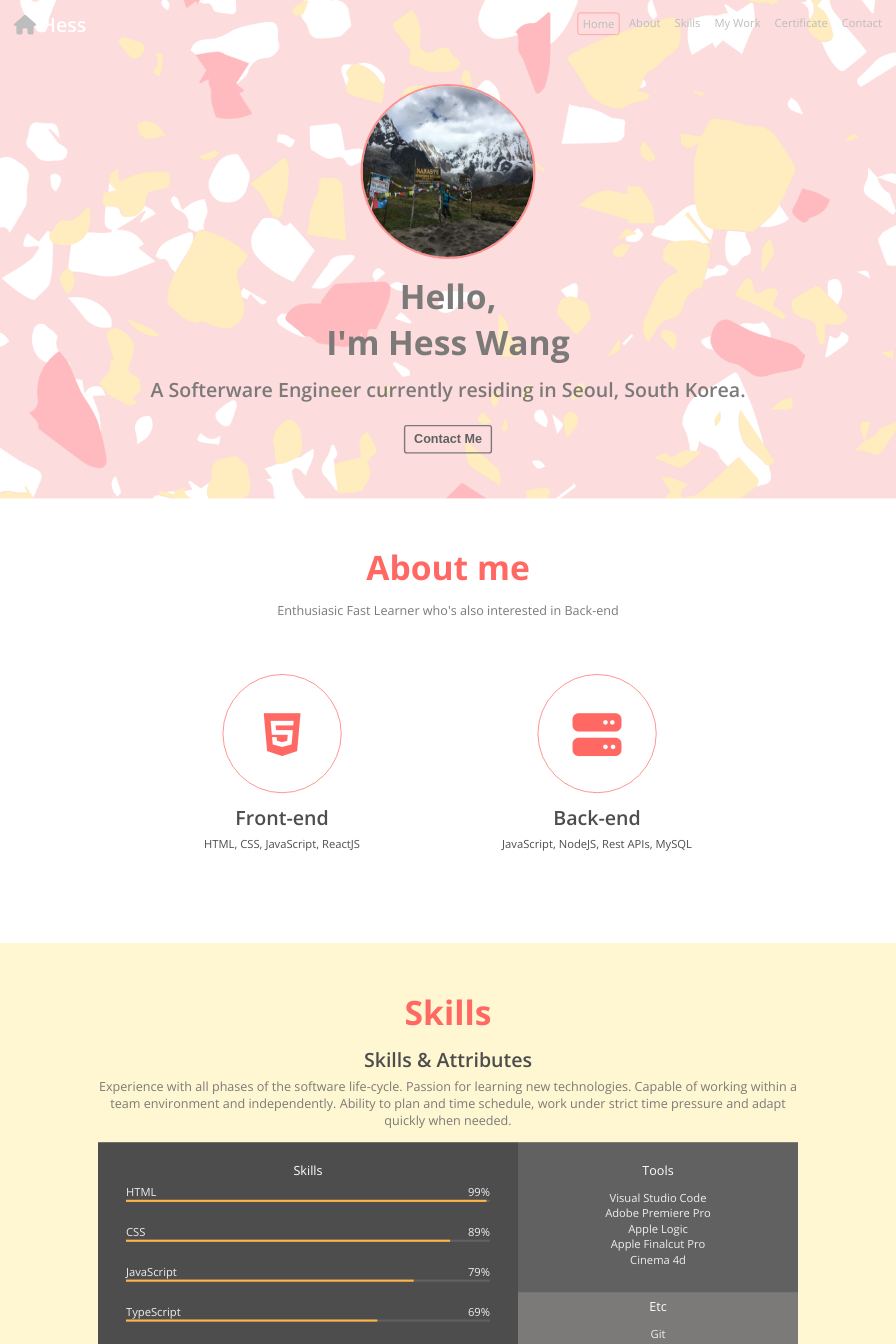
Repository: hesshess/Portfolio
Page: index.html
The author's editor kept a copy of each file at every save. The page is drawn from the files as they stood at one save, then again after the next save.
The browser window is 1280 px wide. The pictures show the part of the page from y = 0 to 1920 px (the page is 4152 px tall), at 70% of full size.
Some web libraries are served in a nearby version.

Above is the page before, as saved 2022-10-18 15:12:35.

### index.html
<!DOCTYPE html>
<html lang="en">
  <head>
    <meta charset="UTF-8" />
    <meta name="viewport" content="width=device-width, initial-scale=1.0" />
    <title>Hess's Portfolio</title>
    <meta
      name="description"
      content="Portfolio for world-renowed software engineer Hess"
    />
    <meta name="author" content="Hess" />
    <link rel="icon" type="image/png" href="imgs/favicon.png" />
    <script
      src="https://kit.fontawesome.com/1af2041847.js"
      crossorigin="anonymous"
    ></script>
    <link
      href="https://fonts.googleapis.com/css2?family=Amatic+SC:wght@400;700&family=Open+Sans:wght@400;600;700&display=swap"
      rel="stylesheet"
    />
    <link rel="stylesheet" href="style.css" />
    <script src="main.js" defer></script>
  </head>
  <body>
    <!-- Navbar -->
    <nav id="navbar">
      <div class="navbar__logo">
        <i class="fas fa-home"></i>
        <a href="#">Hess</a>
      </div>
      <div class="navbar__menu">
        <ul class="navbar__menu">
          <li class="navbar__menu__item active" data-link="#home">Home</li>
          <li class="navbar__menu__item" data-link="#about">About</li>
          <li class="navbar__menu__item" data-link="#skills">Skills</li>
          <li class="navbar__menu__item" data-link="#work">My Work</li>
          <li class="navbar__menu__item" data-link="#testimonials">
            Certificate
          </li>
          <li class="navbar__menu__item" data-link="#contact">Contact</li>
        </ul>
      </div>
      <!-- Toggle button -->
      <button class="navbar__toggle-btn">
        <i class="fas fa-bars"></i>
      </button>
    </nav>
    <!-- Home -->
    <section id="home">
      <div class="home__container">
        <img
          src="imgs/profile.JPG"
          alt="Hess's profile Photo"
          class="home__avatar"
        />

        <h1 class="home__title">Hello, <br />I'm Hess Wang</h1>
        <h2 class="home__description">
          A Softerware Engineer currently residing in Seoul, South Korea.
        </h2>
        <button class="home__contact" data-link="#contact">Contact Me</button>
      </div>
    </section>

    <!-- About -->

    <section id="about" class="section section__container">
      <h1>About me</h1>
      <p>Enthusiasic Fast Learner who's also interested in Back-end</p>
      <div class="about__majors">
        <div class="major">
          <div class="major__icon">
            <i class="fab fa-html5"></i>
          </div>
          <h2 class="major__title">Front-end</h2>
          <div class="major__description">
            HTML, CSS, JavaScript, ReactJS
          </div>
        </div>
        <div class="major">
          <div class="major__icon">
            <i class="fas fa-server"></i>
          </div>
          <h2 class="major__title">Back-end</h2>
          <div class="major__description">
            JavaScript, NodeJS, Rest APIs, MySQL
          </div>
        </div>
      </div>
    </section>

    <!-- Skills -->
    <section id="skills" class="section">
      <div class="section__container">
        <h1>Skills</h1>
        <h2>Skills & Attributes</h2>
        <p>
          Experience with all phases of the software life-cycle. Passion for
          learning new technologies. Capable of working within a team
          environment and independently. Ability to plan and time schedule, work
          under strict time pressure and adapt quickly when needed.
        </p>
        <div class="skillset">
          <div class="skillset__left">
            <h3 class="skillset__title">Skills</h3>
            <div class="skill">
              <div class="skill__description">
                <span>HTML</span>
                <span>99%</span>
              </div>
              <div class="skill__bar">
                <div class="skill__value" style="width: 99%"></div>
              </div>
            </div>
            <div class="skill">
              <div class="skill__description">
                <span>CSS</span>
                <span>89%</span>
              </div>
              <div class="skill__bar">
                <div class="skill__value" style="width: 89%"></div>
              </div>
            </div>
            <div class="skill">
              <div class="skill__description">
                <span>JavaScript</span>
                <span>79%</span>
              </div>
              <div class="skill__bar">
                <div class="skill__value" style="width: 79%"></div>
              </div>
            </div>
            <div class="skill">
              <div class="skill__description">
                <span>TypeScript</span>
                <span>69%</span>
              </div>
              <div class="skill__bar">
                <div class="skill__value" style="width: 69%"></div>
              </div>
            </div>
            <div class="skill">
              <div class="skill__description">
                <span>React</span>
                <span>59%</span>
              </div>
              <div class="skill__bar">
                <div class="skill__value" style="width: 59%"></div>
              </div>
            </div>
            <div class="skill">
              <div class="skill__description">
                <span>NodeJS</span>
                <span>49%</span>
              </div>
              <div class="skill__bar">
                <div class="skill__value" style="width: 49%"></div>
              </div>
            </div>
          </div>
          <div class="skillset__right">
            <div class="tools">
              <h3 class="skillset__title">Tools</h3>
              <ul class="tools__list">
                <li><span>Visual Studio Code</span></li>
                <li><span>Adobe Premiere Pro</span></li>
                <li><span>Apple Logic</span></li>
                <li><span>Apple Finalcut Pro</span></li>
                <li><span>Cinema 4d</span></li>
              </ul>
            </div>
            <div class="etc">
              <h3 class="skillset__title">Etc</h3>
              <ul class="etc__list">
                <li><span>Git</span></li>
                <li><span>Sing</span></li>
                <li><span>Dance</span></li>
              </ul>
            </div>
          </div>
        </div>
      </div>
    </section>
    <!-- Work -->
    <section id="work" class="section">
      <div class="section__container">
        <h1>My work</h1>
        <h3>Projects</h3>
        <div class="work__categories">
          <button class="category__btn active" data-filter="*">
            All<span class="category__count">8</span>
          </button>
          <button class="category__btn" data-filter="front-end">
            Front-end<span class="category__count">3</span>
          </button>
          <button class="category__btn" data-filter="back-end">
            Back-end<span class="category__count">3</span>
          </button>
          <button class="category__btn" data-filter="mobile">
            Mobile<span class="category__count">2</span>
          </button>
        </div>

        <div class="work__projects">
          <a
            href="깃허브링크"
            class="project"
            target="blank"
            data-type="front-end"
          >
            <img src="imgs/projects/1.jpg" alt="Youtube" class="project__img" />
            <div class="project__description">
              <h3>Youtube Site</h3>
              <span>Clone coding with HTML and CSS</span>
            </div>
          </a>
          <a
            href="깃허브링크"
            class="project"
            target="blank"
            data-type="front-end"
          >
            <img src="imgs/projects/1.jpg" alt="Youtube" class="project__img" />
            <div class="project__description">
              <h3>Youtube Site</h3>
              <span>Clone coding with HTML and CSS</span>
            </div>
          </a>
          <a
            href="깃허브링크"
            class="project"
            target="blank"
            data-type="front-end"
          >
            <img src="imgs/projects/1.jpg" alt="Youtube" class="project__img" />
            <div class="project__description">
              <h3>Youtube Site</h3>
              <span>Clone coding with HTML and CSS</span>
            </div>
          </a>
          <a
            href="깃허브링크"
            class="project"
            target="blank"
            data-type="back-end"
          >
            <img src="imgs/projects/2.jpg" alt="Youtube" class="project__img" />
            <div class="project__description">
              <h3>Youtube Site</h3>
              <span>Clone coding with HTML and CSS</span>
            </div>
          </a>
          <a
            href="깃허브링크"
            class="project"
            target="blank"
            data-type="back-end"
          >
            <img src="imgs/projects/2.jpg" alt="Youtube" class="project__img" />
            <div class="project__description">
              <h3>Youtube Site</h3>
              <span>Clone coding with HTML and CSS</span>
            </div>
          </a>
          <a
            href="깃허브링크"
            class="project"
            target="blank"
            data-type="back-end"
          >
            <img src="imgs/projects/2.jpg" alt="Youtube" class="project__img" />
            <div class="project__description">
              <h3>Youtube Site</h3>
              <span>Clone coding with HTML and CSS</span>
            </div>
          </a>
          <a
            href="깃허브링크"
            class="project"
            target="blank"
            data-type="mobile"
          >
            <img src="imgs/projects/3.jpg" alt="Youtube" class="project__img" />
            <div class="project__description">
              <h3>Youtube Site</h3>
              <span>Clone coding with HTML and CSS</span>
            </div>
          </a>
          <a
            href="깃허브링크"
            class="project"
            target="blank"
            data-type="mobile"
          >
            <img src="imgs/projects/3.jpg" alt="Youtube" class="project__img" />
            <div class="project__description">
              <h3>Youtube Site</h3>
              <span>Clone coding with HTML and CSS</span>
            </div>
          </a>
        </div>
      </div>
    </section>
    <!-- Testimonials -->
    <section id="testimonials" class="section">
      <div class="section__container">
        <h1>Coding challenges</h1>
        <h3>Look what I'vd learned!</h3>
        <div class="testimonials">
          <div class="testimonial">
            <img
              src="imgs/testimonial/certificate1.jpg"
              class="testimonial__avatar"
            />
            <div class="testimonial__description">
              <h3>이젠 - 풀스택 웹개발자 6개월 과정</h3>
              <span>HTML, CSS, Javascript, React, Node, MySQL</span>
            </div>
          </div>

          <div class="testimonial">
            <img
              src="imgs/testimonial/nomad1.jpg"
              class="testimonial__avatar"
            />
            <div class="testimonial__description">
              <h3>노마드코드 - 카카오 클론 2주 챌린지</h3>
              <span>HTML5, CSS3, Flexbox, Github</span>
          </div>
          </div>
          <div class="testimonial">
            <img
              src="imgs/testimonial/nomad2.jpg"
              class="testimonial__avatar"
            />
            <div class="testimonial__description">
              <h3>노마드코드 - 바닐라 JS 2주 챌린지</h3>
              <span>HTML5, CSS3, VanillaJS</span>
          </div></div>
          <div class="testimonial">
            <img
              src="imgs/testimonial/nomad3.jpg"
              class="testimonial__avatar"
            />
            <div class="testimonial__description">
              <h3>노마드코드 - CSS LAYOUT 2주 챌린지</h3>
              <span>Flexbox, Grid, Scss</span>
          </div>
        </div>
      </div>
    </section>
    <!-- Contact -->
    <section id="contact" class="section">
      <h1 class="contact__title">Let's talk</h1>
      <h2>
        <a href="mailto:hess90wang@gmail.com" class="contact__email"
          >hess90wang@gmail.com</a
        >
      </h2>
      <div class="contact__links">
        <a href="https://github.com/hesshess" target="_blank">
          <i class="fab fa-github"></i>
        </a>
        <a
          href="https://www.linkedin.com/in/hess-wang-294197254/"
          target="_blank"
        >
          <i class="fa fa-linkedin-square"></i
        ></a>
      </div>
      <p class="contact__rights">2020 HESS Cottage - All rights reserved</p>
    </section>

    <!-- Arrow up -->
    <button class="arrow-up">
      <i class="fas fa-arrow-up"></i>
    </button>
  </body>
</html>

### style.css
/* Global */
:root {
  /* Color */

  --color-white: #ffffff;

  --color-light-white: #eeeeee;

  --color-dark-white: #bdbdbd;

  --color-pink: #fe918d;

  --color-dark-pink: #ff6863;

  --color-dark-grey: #4d4d4d;

  --color-grey: #616161;

  --color-light-grey: #7c7979;

  --color-blue: #73aace;

  --color-yellow: #fff7d1;

  --color-orange: #feb546;

  --color-black: #000000;

  /* Font size */

  --font-large: 48px;

  --font-medium: 28px;

  --font-regular: 18px;

  --font-small: 16px;

  --font-micro: 14px;

  /* Font weight */

  --weight-bold: 700;

  --weight-semi-bold: 600;

  --weight-regular: 400;

  /* Size */
  --size-border-radius: 4px;

  /* Animation */
  --animation-duration: 300ms;
}

/* Universal tags */
* {
  box-sizing: border-box;
}

body {
  margin: 0;
  font-family: "Open Sans", sans-serif;
  cursor: default;
}

a {
  text-decoration: none;
  color: var(--color-white);
}
ul {
  list-style: none;
  padding-left: 0;
}
li {
  list-style: none;
}

button {
  background-color: transparent;
  cursor: pointer;
  border: none;
  outline: none;
}

/* Typography */
h1 {
  font-size: var(--font-large);
  font-weight: var(--weight-bold);
  color: var(--color-dark-pink);
  margin: 16px 0;
}

h2 {
  font-size: var(--font-medium);
  font-weight: var(--weight-semi-bold);
  color: var(--color-dark-grey);
  margin: 8px 0;
}

h3 {
  font-size: var(--font-regular);
  font-weight: var(--weight-regular);
  color: var(--color-dark-grey);
  margin: 8px 0;
}

p {
  font-size: var(--font-regular);
  font-weight: var(--weight-regular);
  color: var(--color-light-grey);
  margin: 4px 0;
}

/* Navbar */
#navbar {
  position: fixed;
  width:100%;
  display: flex;
  justify-content: space-between;
  background-color: transparent;
  align-items: center;
  color: var(--color-dark-white);
  padding: 10px;
  transition: all var(--animation-duration) ease-in-out;
  z-index:1;
}
#navbar.navbar--dark{
  background-color: var(--color-pink);
  color:var(--color-white);
  padding: 5px;

}
.navbar__menu {
  display: flex;
  margin: 4px 0;
}

.navbar__logo {
  font-size: var(--font-medium);
  font-weight: var(--weight-semi-bold);
  padding-left: 10px;
}
.navbar__menu__item {
  padding: 4px 6px;
  margin: 0 4px;
  cursor: pointer;
  border-radius: var(--size-border-radius);
}

.navbar__menu__item.active {
  border: 1.5px solid var(--color-pink);
}

.navbar__menu__item:hover {
  background-color: var(--color-dark-pink);
  border-radius: var(--size-border-radius);
}

.navbar__toggle-btn{
  position: absolute;
  top:10px;
  right:16px;
  font-size: 24px;
  color:var(--color-white);
  display:none;

}

/* Home */
#home {
  background: url("imgs/home-background.png") center/cover no-repeat;
  padding: 40px;
  padding-top:120px;
  text-align: center;
}

.home__avatar {
  width: 250px;
  height: 250px;
  border-radius: 50%;
  border: 3px solid var(--color-pink);
}

.home__title,
.home__description {
  color: var(--color-light-grey);
}
.home__contact {
  color: var(--color-grey);
  font-size: var(--font-regular);
  font-weight: var(--weight-bold);
  margin: 24px;
  padding: 8px 12px;
  border: 2px solid var(--color-light-grey);
  border-radius: var(--size-border-radius);
}

/* Section Common*/
.section {
  text-align: center;
  padding: 50px;
  margin: auto;
}

.section__container {
  max-width: 1000px;
  margin: auto;
}

/* About */
.about__majors {
  display: flex;
  justify-content: space-around;
  margin: 80px 0;
}


.major__icon {
  width: 170px;
  height: 170px;
  font-size: 70px;
  line-height: 170px;
  color: var(--color-dark-pink);
  margin: auto;
  border: 1px solid var(--color-dark-pink);
  border-radius: 50%;
  margin-bottom: 16px;
}

.major__icon i {
  transition: all var(--animation-duration) ease;
}

.major__icon:hover i {
  color: var(--color-pink);
  transform: rotate(30deg) scale(1.2);
}

.major__title,
.major__description {
  color: var(--color-dark-grey);
}

.major__description {
  font-size: var(--font-small);
}

.job {
  display: flex;
  align-items: center;
}

.job__description {
  margin: 0 16px;
  text-align: left;
}

.job__name,
.job__period {
  color: var(--color-light-grey);
}

.job__name {
  font-size: var(--font-small);
}

.job__period {
  font-size: var(--font-micro);
}

.job__logo {
  width: 80px;
  height: 80px;
  border-radius: 50%;
  margin-right: 20px;
}

/* Skill */
#skills {
  background-color: var(--color-yellow);
}

.skillset {
display: flex;
background-color:var(--color-light-grey);
color:var(--color-light-white);
margin:20px 0;
}

.skillset__title{
    color:var(--color-white);

}

.skillset__left{
flex-basis: 60%;
background-color:var(--color-dark-grey);
padding: 20px 40px;
}

.skill{
  margin-bottom: 32px;
}

.skill__description{
    display:flex;
    justify-content: space-between;

}

.skill__bar{
  width: 100%;
  height:3px;
  background-color: var(--color-grey);

}
.skill__value{
  height:3px;
  background-color: var(--color-orange);
}

.skillset__right{
flex-basis: 40%;
}

.tools {
    background-color: var(--color-grey);
}

.tools, .etx{
  padding: 20px;
}

/* Work */


.work__categories {
  margin:40px;
}
.category__btn{
  border: 1px solid var(--color-dark-white);
  border-radius:  var(--size-border-radius);
  font-size:var(--font-regular);
  padding: 8px 48px;
}

.category__btn.active, .category__btn:hover{
  background-color: var(--color-pink);
  color: var(--color-white);
}

.category__btn .active .category__count,.category__btn:hover .category__count {
  opacity: 1;
  top: 0;
}



.category__count{
  background-color: var(--color-orange);
  border-radius: 50%;
  color:var(--color-white);
  width:24px;
  height:24px;
  display: inline-block;
  line-height: 24px ;
  position:relative;
  top: -20px;
  left:4px;
  opacity:0;
  transition: all var(--animation-duration) ease-in;

}

 .work__projects{
   display:flex;
   flex-wrap:wrap;
   justify-content: center;
   opacity:1;
   transition: all var(--animation-duration) ease-out;

 }
 .work__projects.anim-out{
   opacity:0;
   transform: scale(0.96) translateY(40px);
 }

 .project {
   position: relative;
   display:flex;
   justify-content: center;
   align-items: center;
   width:280px;
   height:250px;
   margin:2px;
   background-color: var(--color-light-white);

 }
 .project.invisible{
   display:none;
 }

 .project__img{
   max-width:100%;
   max-height:100%;
 }

 .project__description, .testimonial__description{
   position: absolute;
   background-color: black;
   display: flex;
   flex-direction: column;
   justify-content: center;
   width:100%;
   height:100%;
   top:0;
   left:0;
   opacity:0;
   transform:translateY(10px);
   transition: all var(--animation-duration) ease-in;
 }
 .testimonial__description{
  padding: 10px;
  font-size: 0.7em;
  width:150px;
  height:150px;
  border-radius: 10px;
  color:var(--color-white);
 }

 .project:hover .project__description{
opacity:0.8;
transform:translateY(0px);
 }

 .testimonial:hover .testimonial__description{
  opacity:0.8;
  transform:translateY(0px);
   }

 .project__description h3{
   color:var(--color-white);
 }

 .project__description h3:after{
   display: block;
   content:'';
   position: relative;
   left:50%;
   width:25px;
   height:2px;
   margin-left: -12px;
   margin-top: 8px;
   background-color: var(--color-dark-white);
 }


/* testimonial */
#testimonials{
  background-color: var(--color-light-white);

}

.testimonials {
  margin: 40px;
  display: flex;
  justify-content: space-around;
}

.testimonial{
  display: flex;
margin:32px 0;
transition: all var(--animation-duration) ease-in;
}
.testimonial:hover {
  transform: scale(1.5);
}
.testimonial .project__description{
  opacity:0.8;
  transform:translateY(0px);
   }

.testimonial__avatar{
  width:150px;
  height:150px;
  border-radius: 10px;

}
.testimonial__avatar:nth-child(odd){
  margin-right:40px;
}
.testimonial__avatar:nth-child(even){
  margin-left:40px;
}

.testimonial__speech-bubble{
  padding:18px;
  background-color: var(--color-white);
  border-radius: var(--size-border-radius);
}

.testimonial__speech-bubble p {
  color: var(--color-light-grey);

}

.testimonial__speech-bubble a{
  color: var(--color-pink);
}

/* Contact */

#contact{
  background-color: var(--color-dark-pink);


}
.contact__title, .contact__email, .contact__rights{
  color: var(--color-white);
}

.contact__title{
  margin: 32px 0;

}

.contact__links{
  font-size: var(--font-large);
  margin: 24px 0px;
  transition: all var(--animation-duration) ease-in;

}

.contact__links i:hover {
  transform: scale(1.3);
  color:var(--color-orange);

}


/* Scroll */
.arrow-up{
  position:fixed;
  bottom: 50px;
  right:50px;
  width:70px;
  height:70px;
  font-size: 50px;
  background-color: var(--color-pink);
  color: var(--color-white);
  border-radius: 50%;
  opacity:0;
  pointer-events: none ;
  transition: all var(--animation-duration) ease-in
}

.arrow-up.visible {
  opacity:1;
  pointer-events: auto;
}


/* For below 768px screen width */

@media screen and (max-width:768px){
.navbar__toggle-btn{
  display:block;

}
#navbar{
  font-display: column;
align-items:flex-start;
}
.navbar__menu{
  flex-direction: column;
  text-align: center;
  width:100%;
  display:none;

}

.about__majors{
  flex-direction: column;

}
.major{
margin-bottom: 38px;

}

.skillset {
  flex-direction: column;

}

.project{
  flex-grow: 1;
}

.testimonial__avatar{
  width:80px;
  height:80px;
}



}

Loaded but not shown: main.js (81 lines, source omitted)

After the next save:
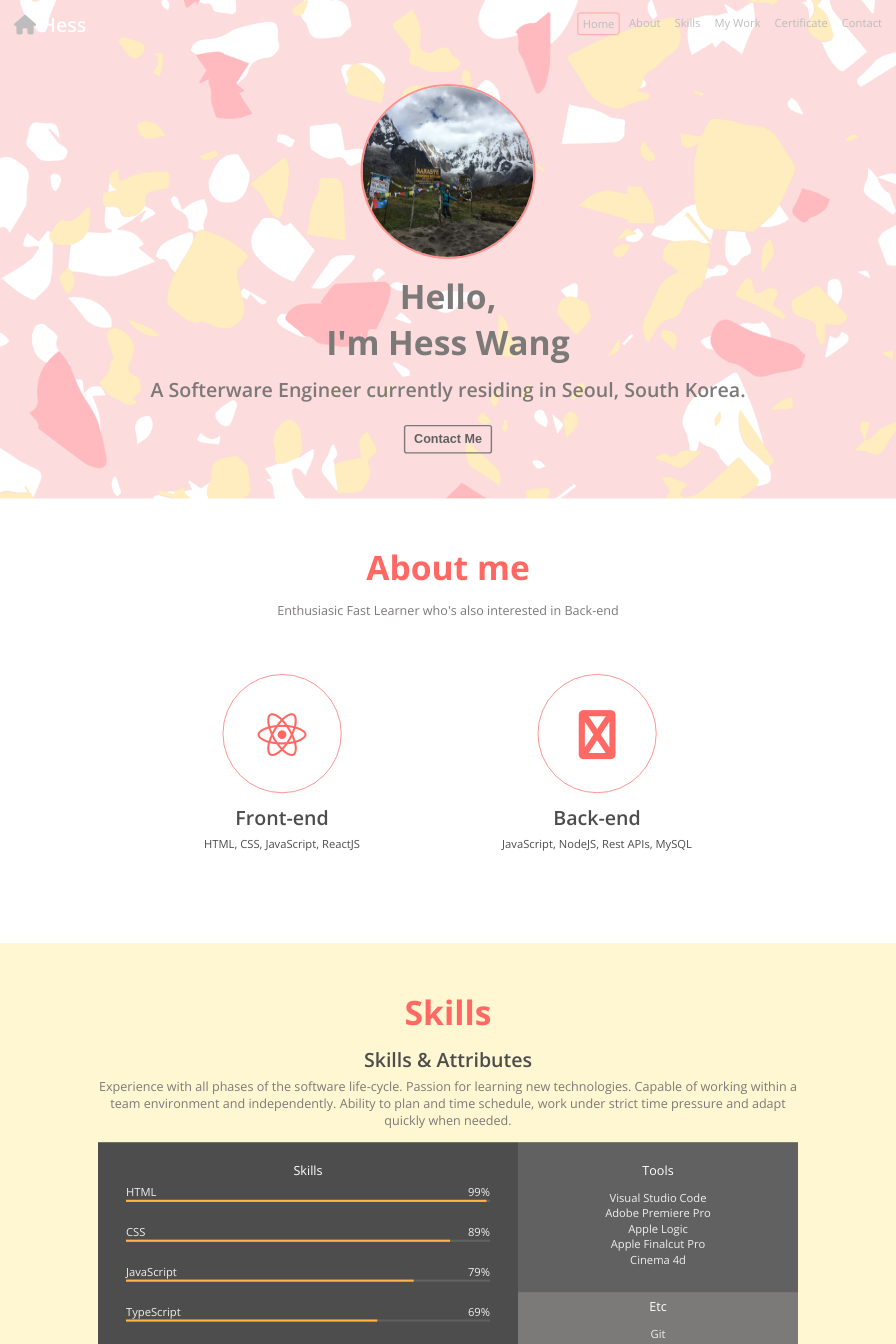
Saved 2 min 20 s later.
--- a/index.html
+++ b/index.html
@@ -70,7 +70,7 @@
       <div class="about__majors">
         <div class="major">
           <div class="major__icon">
-            <i class="fab fa-html5"></i>
+            <i class="fab fa-react"></i>
           </div>
           <h2 class="major__title">Front-end</h2>
           <div class="major__description">
@@ -79,7 +79,7 @@
         </div>
         <div class="major">
           <div class="major__icon">
-            <i class="fas fa-server"></i>
+            <i class="fas fa-js"></i>
           </div>
           <h2 class="major__title">Back-end</h2>
           <div class="major__description">
